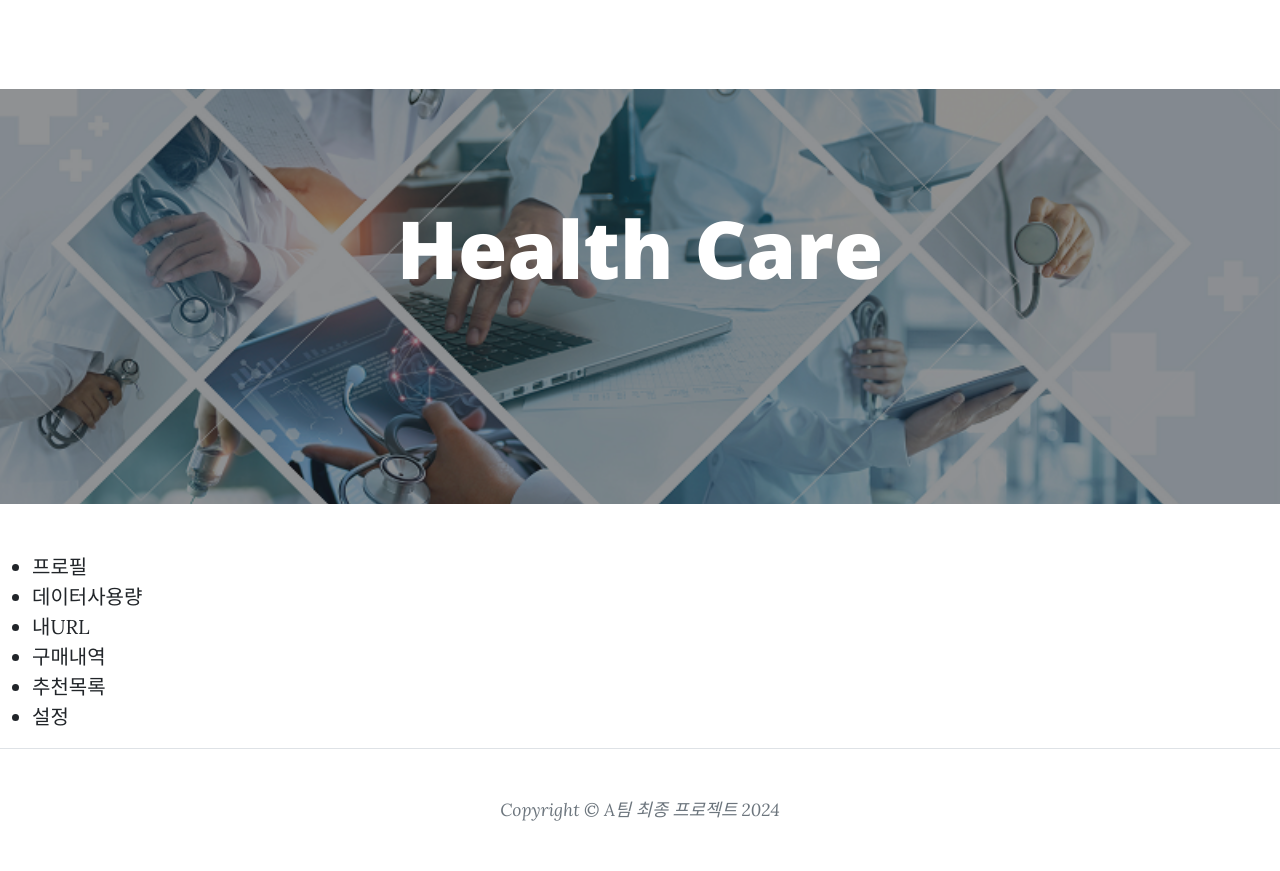
Repository: honsb91/project
Page: http://localhost/hospital/board/patient.jsp
The author's editor kept a copy of each file at every save. The page is drawn from the files as they stood at one save, then again after the next save.
The browser window is 1280 px wide. The pictures show the whole page.
Some web libraries are served in a nearby version. The page is served by Tomcat 9. Nobody is signed in. The application's start-up code is not run. The template is opened directly, without the code that normally fills it, so the values that code supplies are empty.

Above is the page before, as saved 2024-02-01 05:05:15.

After the next save:
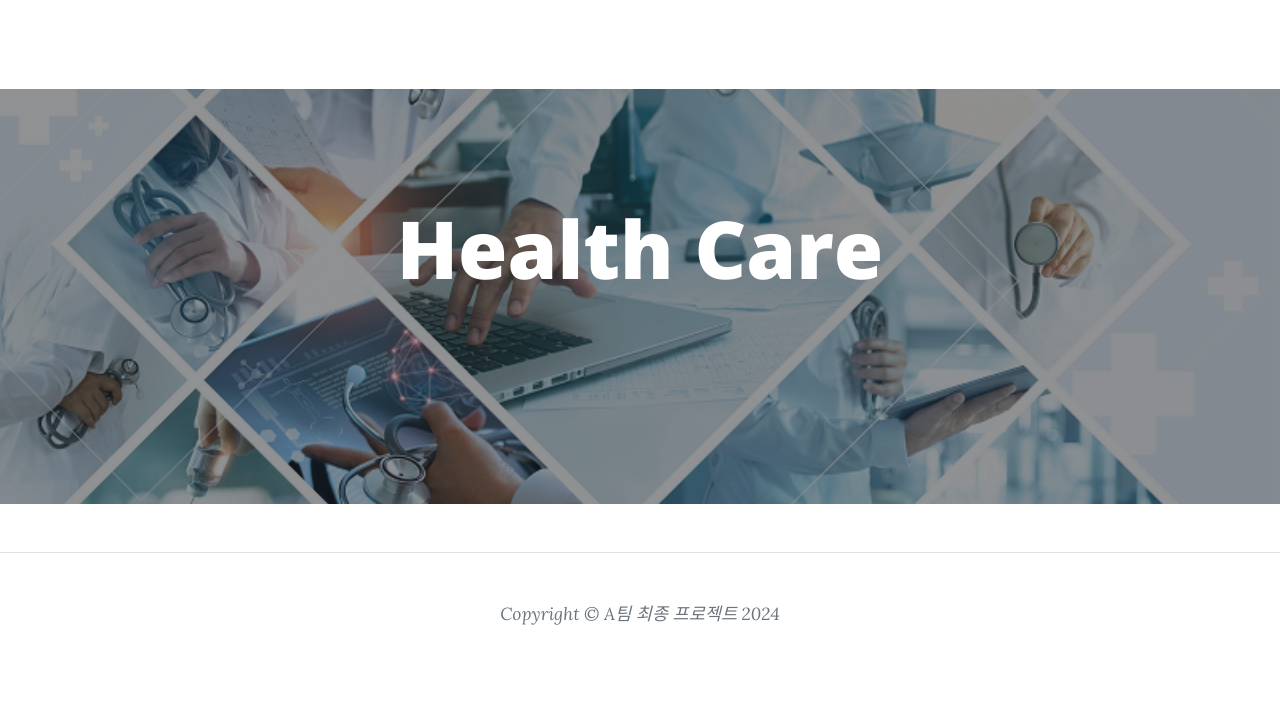
Saved 6 min 13 s later.
--- a/hospital/src/main/webapp/board/patient.jsp
+++ b/hospital/src/main/webapp/board/patient.jsp
@@ -9,16 +9,6 @@
 </head>
 <%@ include file="/include/header.jsp"%>
 <body>
-<div class="menu">
-    <ul>
-        <li><a href="#" class="item"><div>프로필</div></a></li>
-        <li><a href="#" class="item"><div>데이터사용량</div></a></li>
-        <li><a href="#" class="item"><div>내URL</div></a></li>
-        <li><a href="#" class="item"><div>구매내역</div></a></li>
-        <li><a href="#" class="item"><div>추천목록</div></a></li>
-        <li><a href="#" class="item"><div>설정</div></a></li>
-    </ul>
-</div>
 <%@ include file="/include/footer.jsp"%>
 </body>
 </html>
